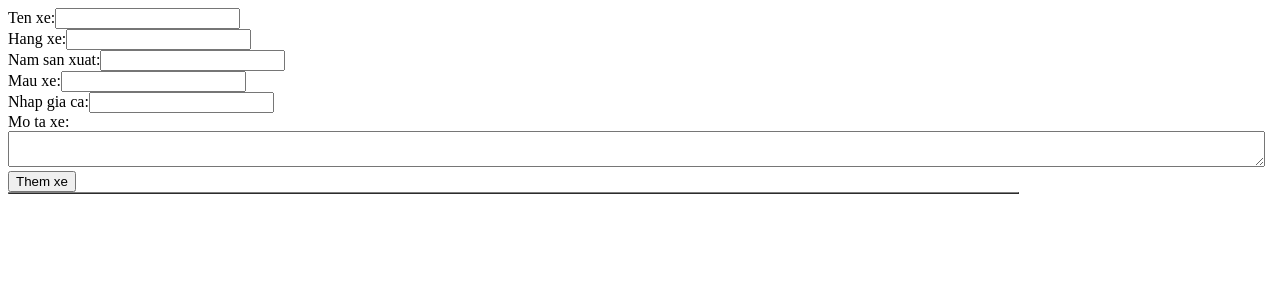
Repository: vule2809/LTW-20146307
Page: http://localhost/A-banxemay/views/product/addProduct.jsp
These files come from the project's save history. The page is drawn as it stood at one moment and after the next save; the edit follows.
The browser window is 1280 px wide. The pictures show the whole page.
The page is served by Tomcat 9. Nobody is signed in. The application's start-up code is not run.

Above is the page before, as saved 2023-12-05 06:02:15.

After the next save:
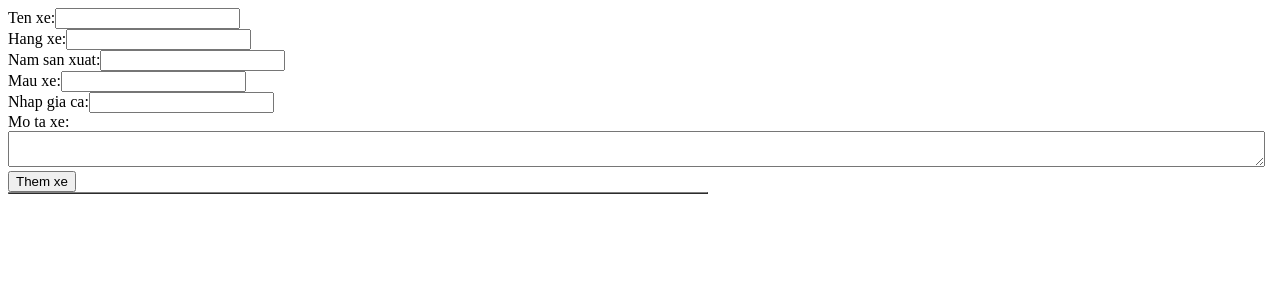
Saved 15 s later.
--- a/A-banxemay/src/main/webapp/views/product/addProduct.jsp
+++ b/A-banxemay/src/main/webapp/views/product/addProduct.jsp
@@ -8,7 +8,7 @@
 <title>ADD MOTORCYCLE</title>
 </head>
 <body>
-	<table border="1" style="width: 80%">
+	<table border="1" style="width: 700px">
 		<form action="add" method="post">
 			<label>Ten xe:</label> <input type="text" name="ProductName"><br>
 			<label>Hang xe:</label> <input type="text" name="Brand"><br>

After the save that followed:
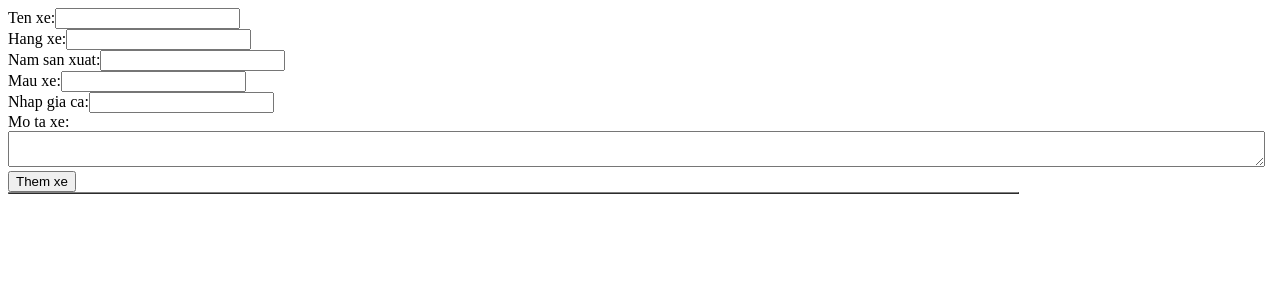
Saved 10 s later.
--- a/A-banxemay/src/main/webapp/views/product/addProduct.jsp
+++ b/A-banxemay/src/main/webapp/views/product/addProduct.jsp
@@ -8,7 +8,7 @@
 <title>ADD MOTORCYCLE</title>
 </head>
 <body>
-	<table border="1" style="width: 700px">
+	<table border="1" style="width: 80%">
 		<form action="add" method="post">
 			<label>Ten xe:</label> <input type="text" name="ProductName"><br>
 			<label>Hang xe:</label> <input type="text" name="Brand"><br>
